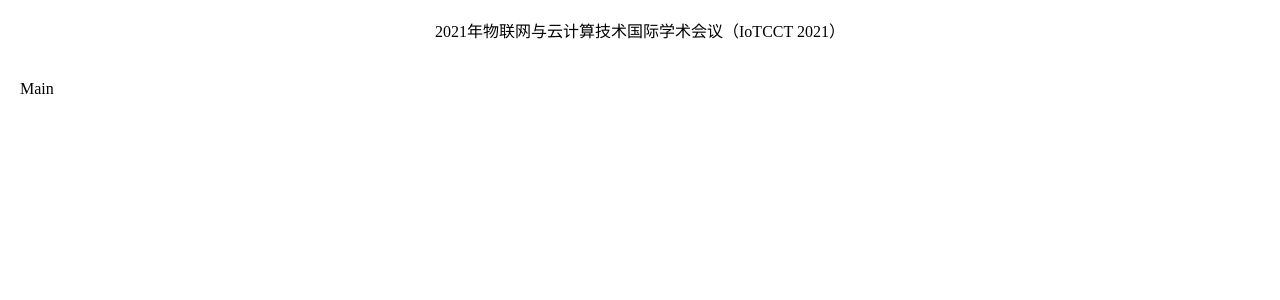
Repository: sunfeinb/huiyi
Page: /
The author's editor kept a copy of each file at every save. The page is drawn from the files as they stood at one save, then again after the next save.
The browser window is 1280 px wide. The pictures show the whole page.
The project was rebuilt for these pictures with package versions that can differ from the ones it lists, and the page was loaded fresh each time.

Above is the page before, as saved 2021-11-02 15:33:28.

After the next save:
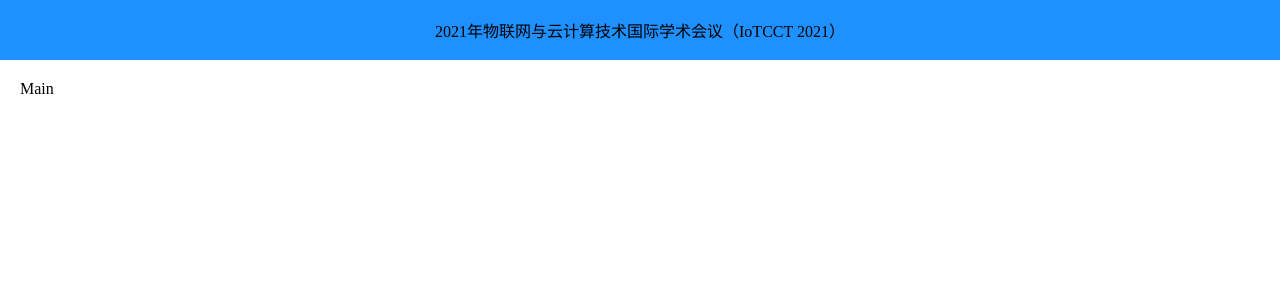
Saved 100 s later.
--- a/src/views/Home.vue
+++ b/src/views/Home.vue
@@ -1,7 +1,7 @@
 <template>
   <div>
     <el-container>
-  <el-header>
+  <el-header style="  background-color: dodgerblue;">
     <div class="box">
 2021年物联网与云计算技术国际学术会议（IoTCCT 2021）
     </div>
